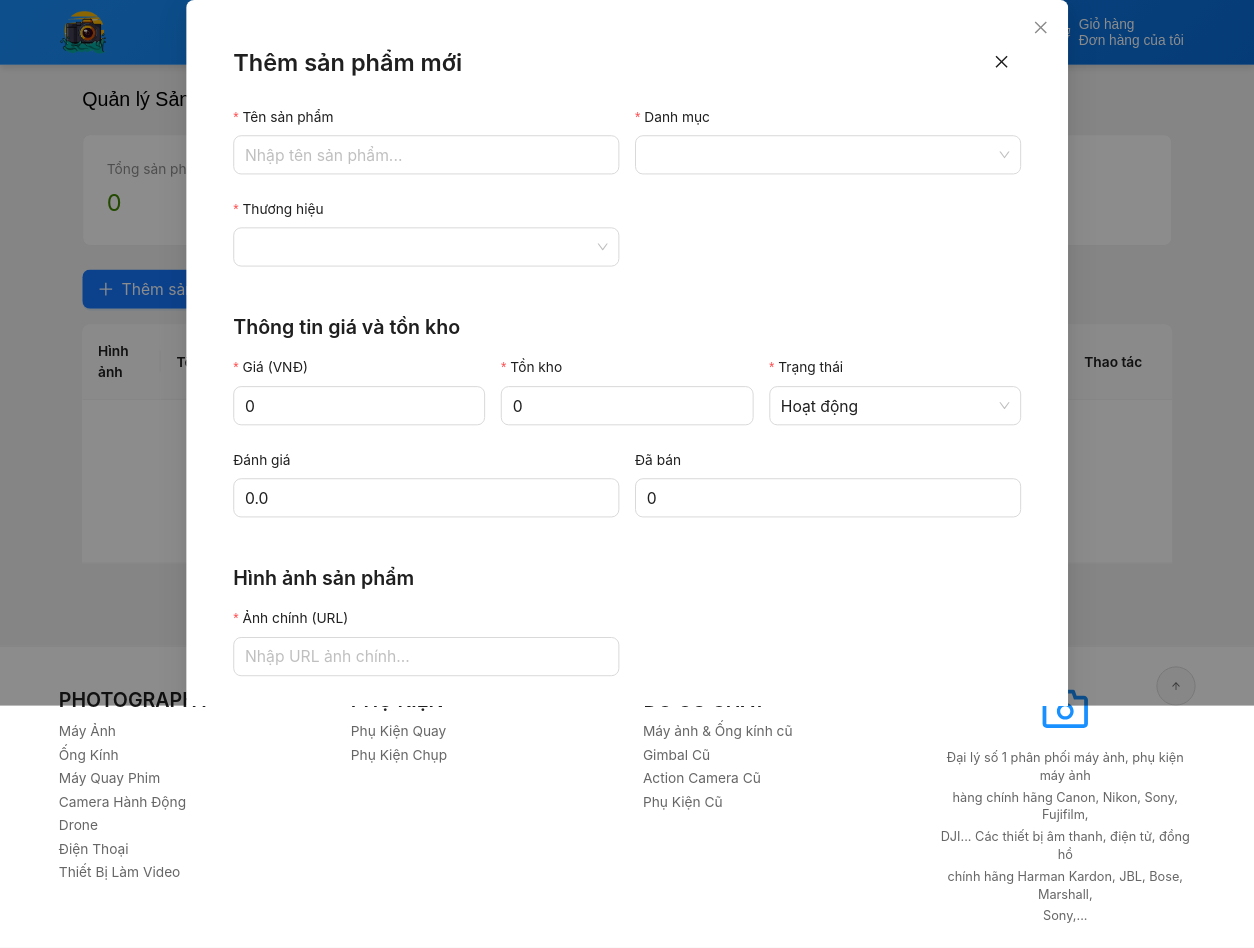
Repository: Drod110324/ThucTapVietNienLuan
Page: /admin/products, after clicking the first element matching `button.ant-btn-primary`
The author's editor kept a copy of each file at every save. The page is drawn from the files as they stood at one save, then again after the next save.
The browser window is 1280 px wide. The pictures show the whole page, at 98% of full size.
The page's requests for data from a server got no answer. An inner scrolling area shows only its first screen. The project was rebuilt for these pictures with package versions that can differ from the ones it lists, and the page was loaded fresh each time. No one was signed in, and anything a server would have sent is missing. Also part of the build but not shown: vite.config.js, src/components/TypeProduct/TypeProduct.jsx, src/pages/Homepage/style.js, src/components/SliderComponent/style.js, src/components/SliderComponent/SliderComponent.jsx, src/components/CardComponent/style.js, src/components/CardComponent/CardComponent.jsx, src/components/NavBarComponent/style.js and 24 more.

Above is the page before, as saved 2025-08-22 17:16:24.

After the next save:
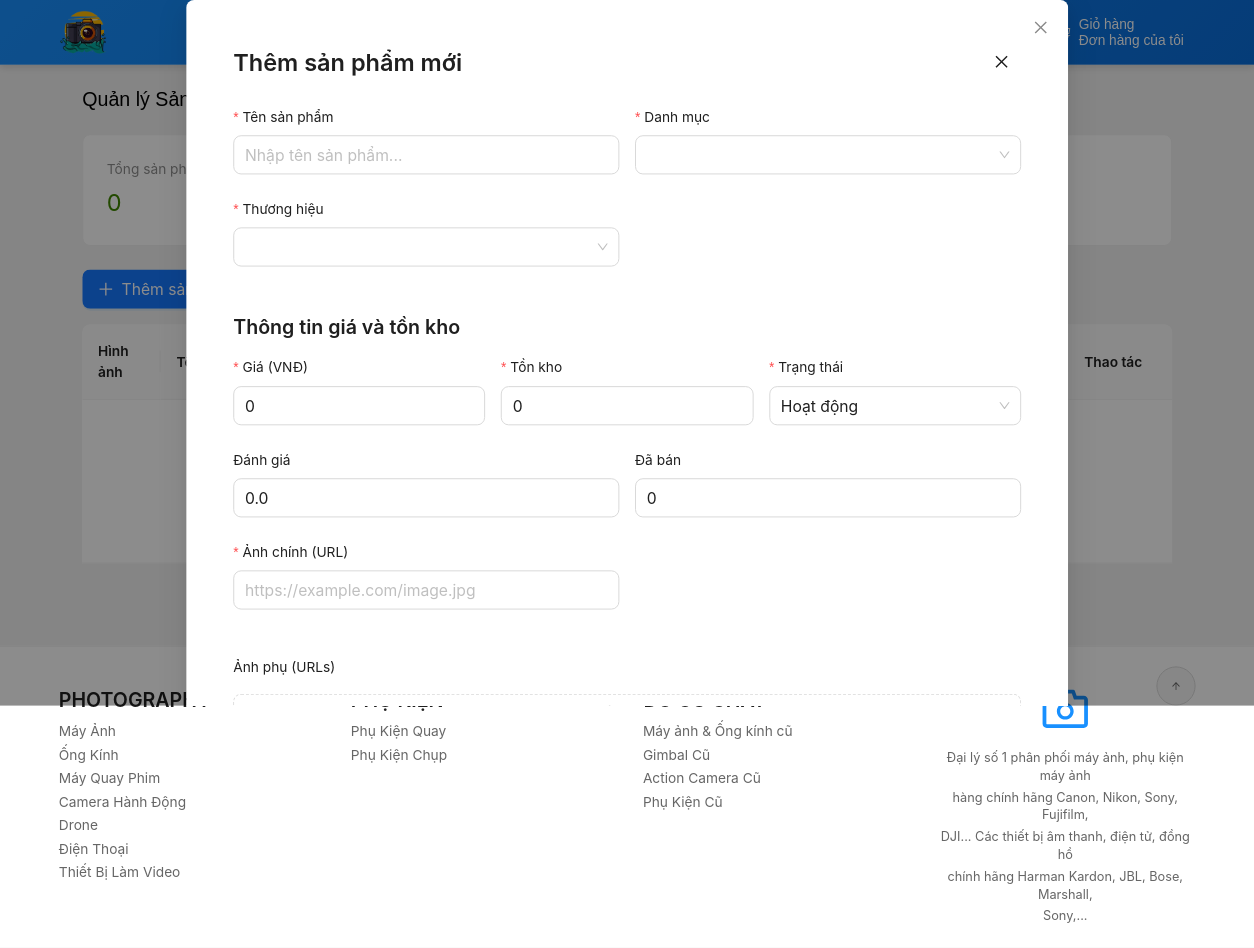
Saved 34 s later.
--- a/src/components/AddProductForm/AddProductForm.jsx
+++ b/src/components/AddProductForm/AddProductForm.jsx
@@ -267,8 +267,6 @@ const AddProductForm = ({ onClose, onSuccess }) => {
           </Row>
 
           {/* Image Upload Section */}
-          <Title level={4} style={{ marginBottom: '16px', marginTop: '24px' }}>Hình ảnh sản phẩm</Title>
-
           <Row gutter={16}>
             <Col span={12}>
               <Form.Item
@@ -277,7 +275,7 @@ const AddProductForm = ({ onClose, onSuccess }) => {
                 rules={[{ required: true, message: 'Vui lòng nhập URL ảnh chính!' }]}
               >
                 <Input
-                  placeholder="Nhập URL ảnh chính..."
+                  placeholder="https://example.com/image.jpg"
                   size="large"
                 />
               </Form.Item>
